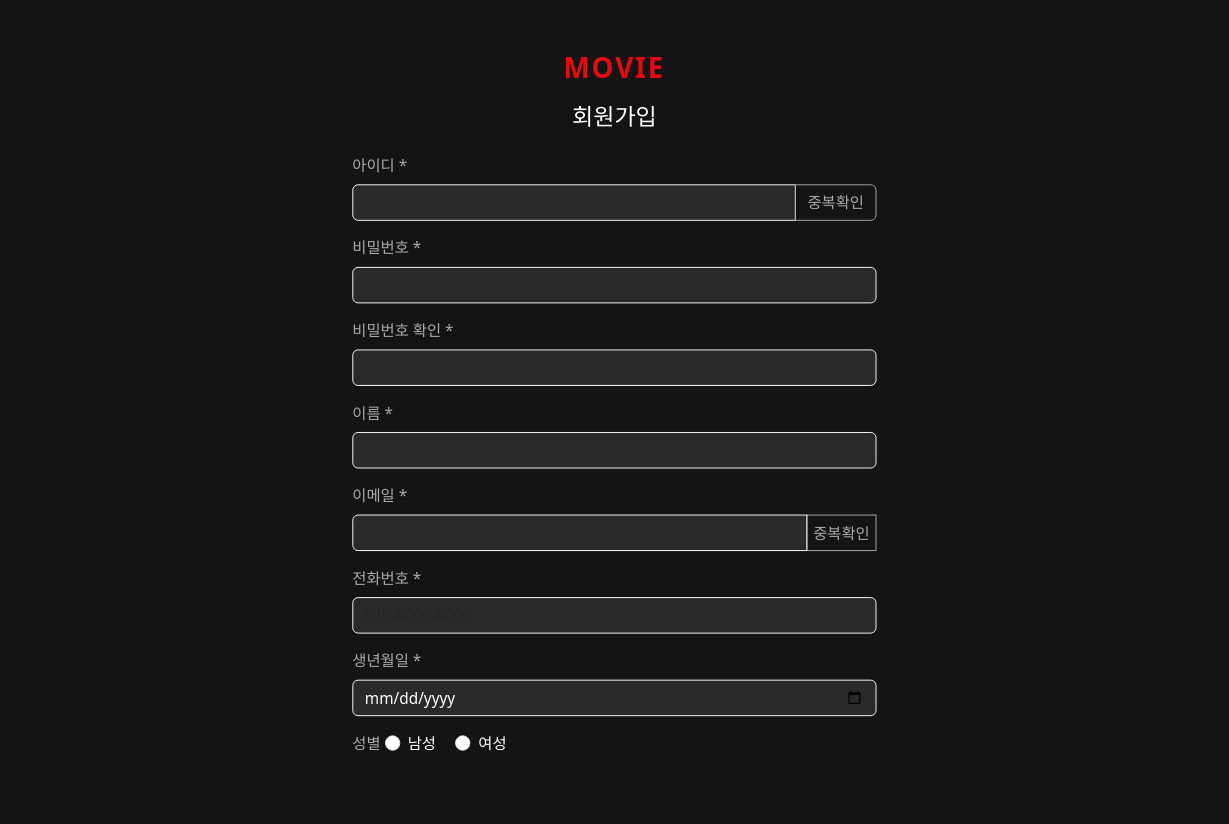
Repository: Se-Jong-Park/InsideReview
Page: http://localhost/moviejoin/WEB-INF/views/user/form.jsp
These files come from the project's save history. The page is drawn as it stood at one moment and after the next save; the edit follows.
The browser window is 1280 px wide. The pictures show the whole page, at 96% of full size.
The page is served by Tomcat 9. Nobody is signed in. Other server files are loaded and not shown. The template is opened directly, without the code that normally fills it, so the values that code supplies are empty.

Above is the page before, as saved 2026-03-18 15:58:28.

### moviejoin/src/main/webapp/WEB-INF/views/user/form.jsp
<%@ page language="java" contentType="text/html; charset=UTF-8"
    pageEncoding="UTF-8"%>
    <%@ taglib prefix="c" uri="http://java.sun.com/jsp/jstl/core" %>
<!DOCTYPE html>
<html>
<head>
<meta charset="UTF-8">
<title>회원가입</title>
 <link rel="stylesheet" href="https://cdn.jsdelivr.net/npm/bootstrap@5.3.0/dist/css/bootstrap.min.css">
<style>
	body {background-color:#141414; color: white; }
	.card {background-color: #1f1f1f; border: none;}
	.form-control{
		background-color: #2a2a2a;
		border: 1px solid; #444;
		color: white;
	}
	.form-control:focus {
		background-color: #2a2a2a;
		border-color: #E50914;
		color: white;
		box-shadow: none;
	}
	.form-label{color: #aaa;}
	.btn-netfloix{
		background-color: #E50914;
		color: white;
		border: none;
	}
	.btn-netflix:hover{backround-color: #b20710; color: white;}
	.btn-outline-gray{
		background-color: transparent;
		border: 1px solid; #444;
		color: #aaa;
	}
	btn.outline-gray:hover{background-color: #2a2a2a; color: white;}
	.logo{color: #E50914; font-size: 1.8rem; font-weight: bold; letter-spacing: 2px;}
	a{color: #E50914; text-decoration: none;}
	a:hover {color: #b20710;}
	small{color:#888;}
</style>
</head>
<body>

<div class="container py-5">
	<div class="row justify-content-center">
		<div class="col-md-6">
			<div clsss="card shadow p-4">
				<div class="text-center mb-3">
					<span class="logo">MOVIE</span>
				</div>
				<h4 class="text-center mb-4">회원가입</h4>

				<c:if test="${not empty msg}">
					<div class="alert alert-danger">${msg}</div>
				</c:if>
				<form action="/user/join" method="post"></form>
				<div class="mb-3">
					<label class="form-label">아이디 *</label>
					<div class="input-group">
						<input type="text" name="uid" id="uid" class="form-control" maxlength="15" required>
						<button type="button" class="btn btn-outline-gray" onclick="IdCheck()">중복확인</button>
					</div>
					<small id="idMsg"></small>
				</div>

				<div class="mb-3">
					<label class="form-label">비밀번호 *</label>
					<input type="password" name="upw" id="upw" class="form-control" required>
				</div>

				<div class="mb-3">
					<label class="form-label">비밀번호 확인 *</label>
					<input type="password" id="upwConfirm" class="form-control" required>
				</div>

				<div class="mb-3">
					<label class="form-label">이름 *</label>
					<input type="text" name="uname" class="form-control" maxlength="15" required>
				</div>
				<div class="mb-3">
					<label class="form-label">이메일 *</label>
					<div class="input-group">
						<input type="email" name="email" id="email" class="form-control" maxlength="50" required>
						<button type="button" class="btn- btn-outline-gray" onclick="mailCheck()">중복확인</button>
					</div>
					<small id="mailMsg"></small>
				</div>

				<div class="mb-3">
					<label class="form-label">전화번호 *</label>
					<input type="text" name="uphone" class="form-control" maxlength="13" placeholder="010-0000-0000" required>
				</div>
				<div class="mb-3">
					<label class="form-label">생년월일 *</label>
					<input type="date" name="ubirth" class="form-control" required>
				</div>
				<div class="mb-3">
					<label class="form-label">성별</label>
					<div class="form-check form-check-inline">
						<input type="radio" name="ugender" value="M" class="form-check-input" id="male">
						<label class="form-check-label" for="male">남성</label>
					</div>
					<div class="form-check form-check-inline">
					<input type="radio" name="ugender" value="F" class="form-check-input" id="female">
					<label class="form-check-label" for="female">여성</label>
					</div>
				</div>
			</div>
		</div>
	</div>
</div>

</body>
</html>

After the next save:
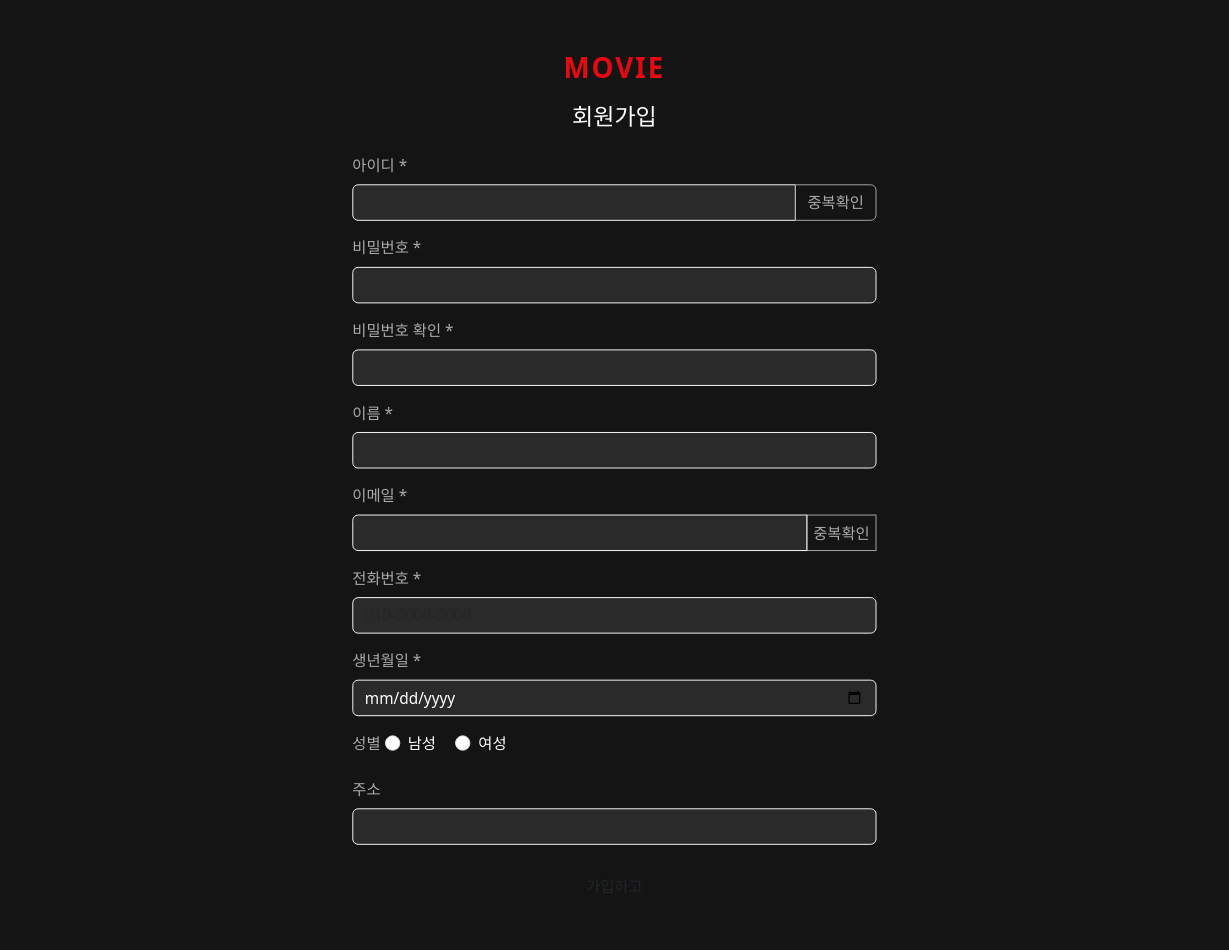
Saved 4 min 9 s later.
--- a/moviejoin/src/main/webapp/WEB-INF/views/user/form.jsp
+++ b/moviejoin/src/main/webapp/WEB-INF/views/user/form.jsp
@@ -107,6 +107,15 @@
 					</div>
 				</div>
 			</div>
+
+			<div class="mb-4">
+				<label class="form-label">주소</label>
+				<input type="text" name="uaddr" class="form-control" maxlength="10">
+			</div>
+
+			<div class="d-grid">
+				<button type="submit" class="btn btn-netflix" onclick="return validateForm()">가입하고</button>
+			</div>
 		</div>
 	</div>
 </div>
